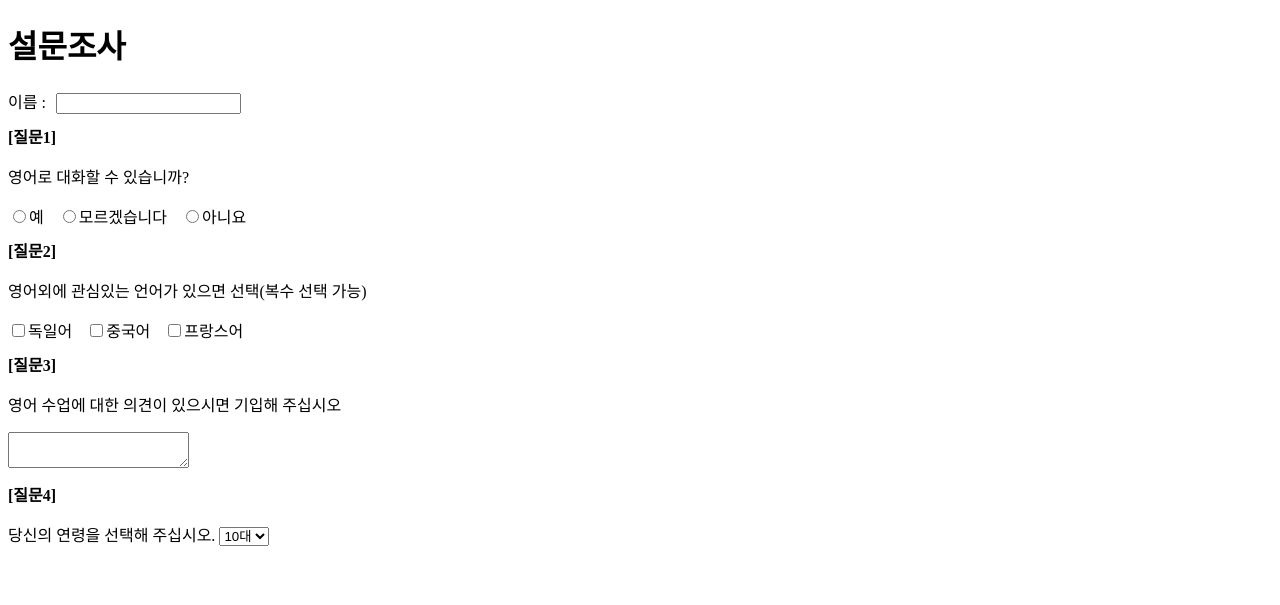
Repository: Jv2020/bitcamp
Page: html/sample05/WebContent/test02.html
An editor plug-in stored every save of this project. The page is shown before and after the next save, followed by the edit.
The browser window is 1280 px wide. The pictures show the whole page.

Above is the page before, as saved 2020-01-03 07:33:26.

### html/sample05/WebContent/test02.html
<!DOCTYPE html>
<html>
<head>
<meta charset="UTF-8">
<title>Insert title here</title>

<style>
em {display:block; font-weight:bold; font-style:normal;}
ul {padding:0;}
ul li {list-style:none; margin:10px 0;}
ul li p {}
ul li span {display:inline-block; margin-right:10px;}
</style>
</head>
<body>

<h1>설문조사</h1>
<form>
	<ul>
		<li><span>이름 :</span><input type="text"></li>
		<li><em>[질문1]</em></li>
		<li><p>영어로 대화할 수 있습니까?</p></li>
		<li>
			<input type="radio" name="english" value="예" ><span>예</span>
			<input type="radio" name="english" value="모르겠습니다" ><span>모르겠습니다</span>
			<input type="radio" name="english" value="아니요" ><span>아니요</span>
		<li>
		<li><em>[질문2]</em></li>
		<li><p>영어외에 관심있는 언어가 있으면 선택(복수 선택 가능)</p></li>
		<li>
			<input type="checkbox" value="예" ><span>독일어</span>
			<input type="checkbox" value="모르겠습니다" ><span>중국어</span>
			<input type="checkbox" value="아니요" ><span>프랑스어</span>
		<li>
		<li><em>[질문3]</em></li>
		<li><p>영어 수업에 대한 의견이 있으시면 기입해 주십시오</p></li>
		<li>
			<textarea></textarea>
		<li>
		<li><em>[질문4]</em></li>
		<li>
			<p>당신의 연령을 선택해 주십시오.
				<select name="age">
					<option value="10대">10대</option>
					<option value="20대">20대</option>
					<option value="30대">30대</option>
					<option value="40대">40대</option>
					<option value="50대">50대</option>
					<option value="60대">60대</option>
					<option value="70대">70대</option>
					<option value="80대">80대</option>
					<option value="90대">90대</option>
				</select>
			</p>
		</li>
	</ul>
</form>

</body>
</html>

After the next save:
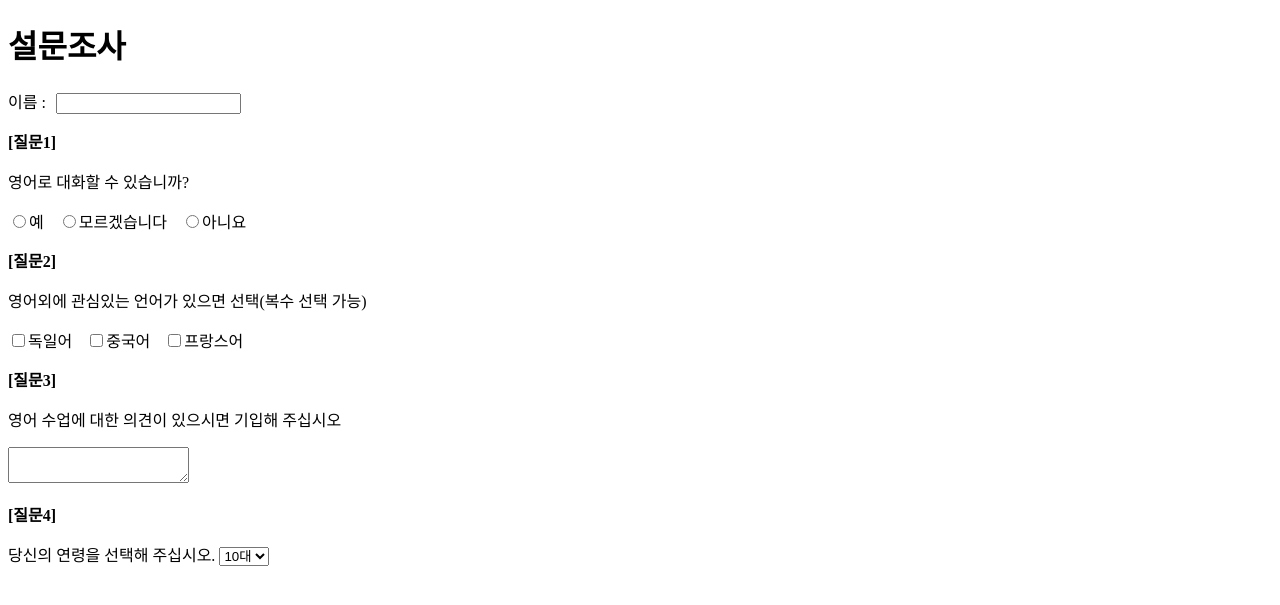
Saved 14 s later.
--- a/html/sample05/WebContent/test02.html
+++ b/html/sample05/WebContent/test02.html
@@ -5,7 +5,7 @@
 <title>Insert title here</title>
 
 <style>
-em {display:block; font-weight:bold; font-style:normal;}
+em {display:block; font-weight:bold; font-style:normal; margin-top:15px;}
 ul {padding:0;}
 ul li {list-style:none; margin:10px 0;}
 ul li p {}
